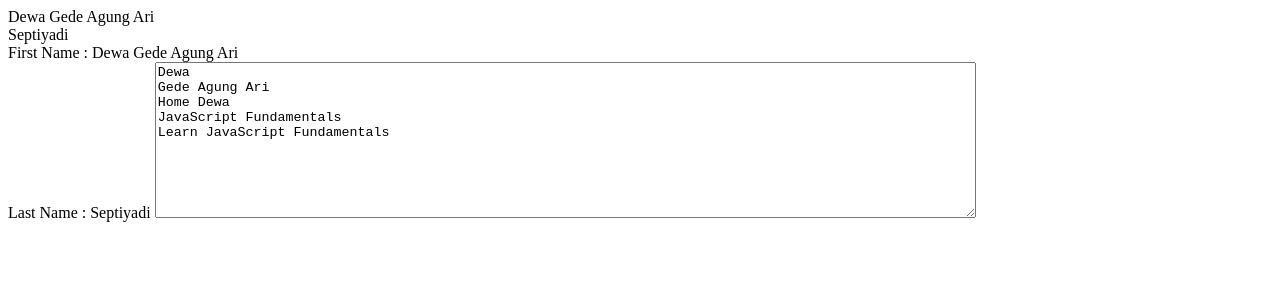
Repository: dewaary/JavaScript-Fundamentals
Page: index.html
The author's editor kept a copy of each file at every save. The page is drawn from the files as they stood at one save, then again after the next save.
The browser window is 1280 px wide. The pictures show the whole page.

Above is the page before, as saved 2021-06-18 23:35:20.

### index.html
<!DOCTYPE html>
<html lang="en">
<head>
    <meta charset="UTF-8">
    <meta http-equiv="X-UA-Compatible" content="IE=edge">
    <meta name="viewport" content="width=device-width, initial-scale=1.0">
    <title>JavaScript Fundamentals</title>
</head>
<body>
    <script src="scripts/type-data-string.js"></script>
</body>
</html>

### scripts/type-data-string.js
// String One
document.writeln("Dewa Gede Agung Ari");
document.writeln("<br>");
document.writeln("Septiyadi");

document.writeln("<br>")

/* String Sum */
document.writeln("First Name : " + "Dewa Gede Agung Ari");
document.writeln("<br>");
document.writeln("Last Name : " + "Septiyadi");


/*  Escape Squence

    /n => Enter
    /t => Tab
    /' => /'
    /" => /"
    // => //

*/

document.writeln("<textarea cols = '100' rows = '10'>");
document.writeln("Dewa \nGede Agung Ari");
document.writeln("Home Dewa");
document.writeln("JavaScript Fundamentals");
document.writeln('Learn JavaScript Fundamentals')
document.writeln("</textarea>");

After the next save:
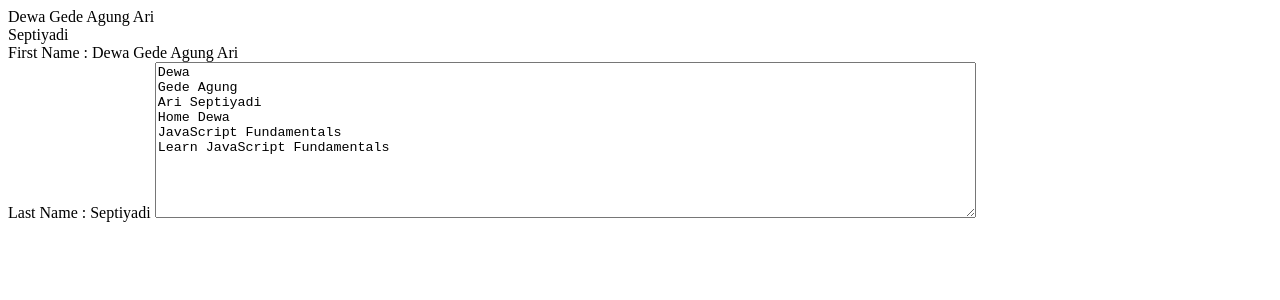
Saved 14 s later.
--- a/scripts/type-data-string.js
+++ b/scripts/type-data-string.js
@@ -22,7 +22,7 @@
 */
 
 document.writeln("<textarea cols = '100' rows = '10'>");
-document.writeln("Dewa \nGede Agung Ari");
+document.writeln("Dewa \nGede Agung \nAri Septiyadi");
 document.writeln("Home Dewa");
 document.writeln("JavaScript Fundamentals");
 document.writeln('Learn JavaScript Fundamentals')
